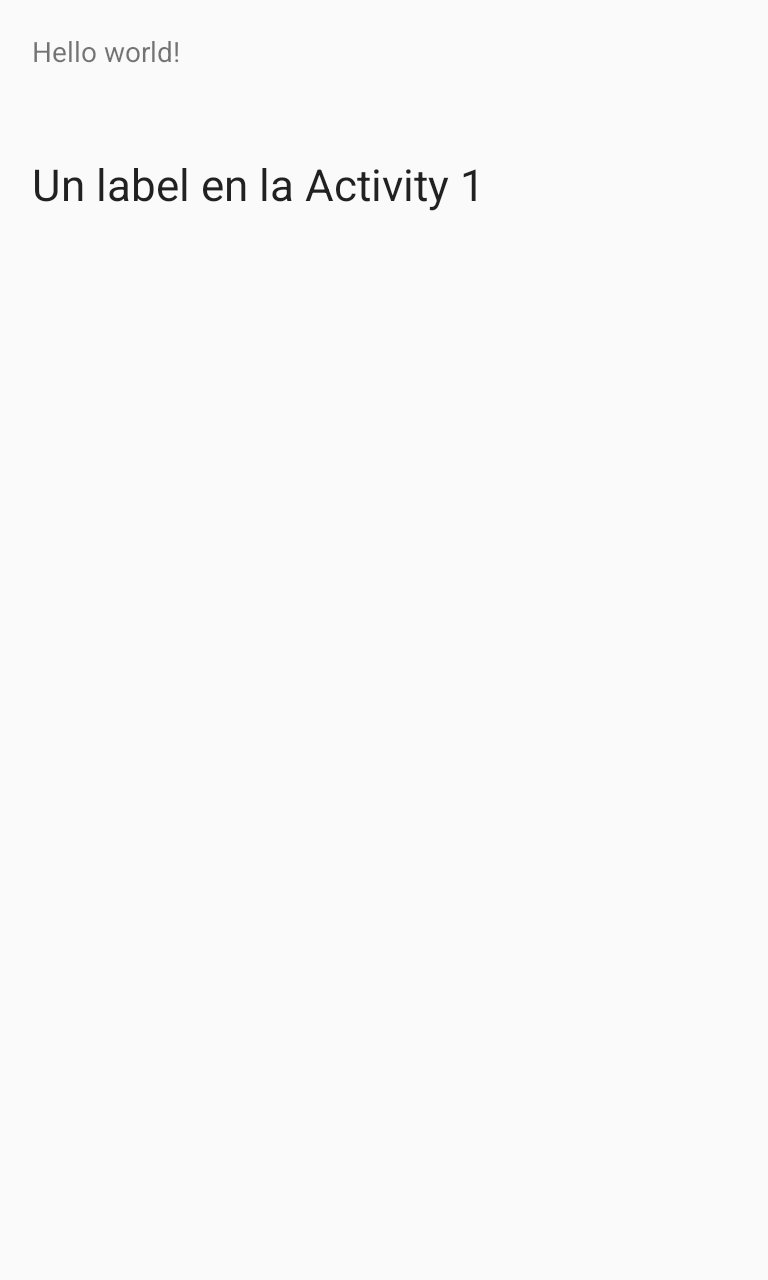
Repository: softwhisper/CiticAndroid-Migrated
Layout: And01.HelloWorld/res/layout/activity_main.xml
The author's editor kept a copy of each file at every save. The layout is drawn from the files as they stood at one save, then again after the next save.
It is drawn on a 768 x 1280 px phone screen (xhdpi) without system bars, with theme AppTheme; the app's code is not run.

Above is the layout before, as saved 2014-10-17 08:12:41.

After the next save:
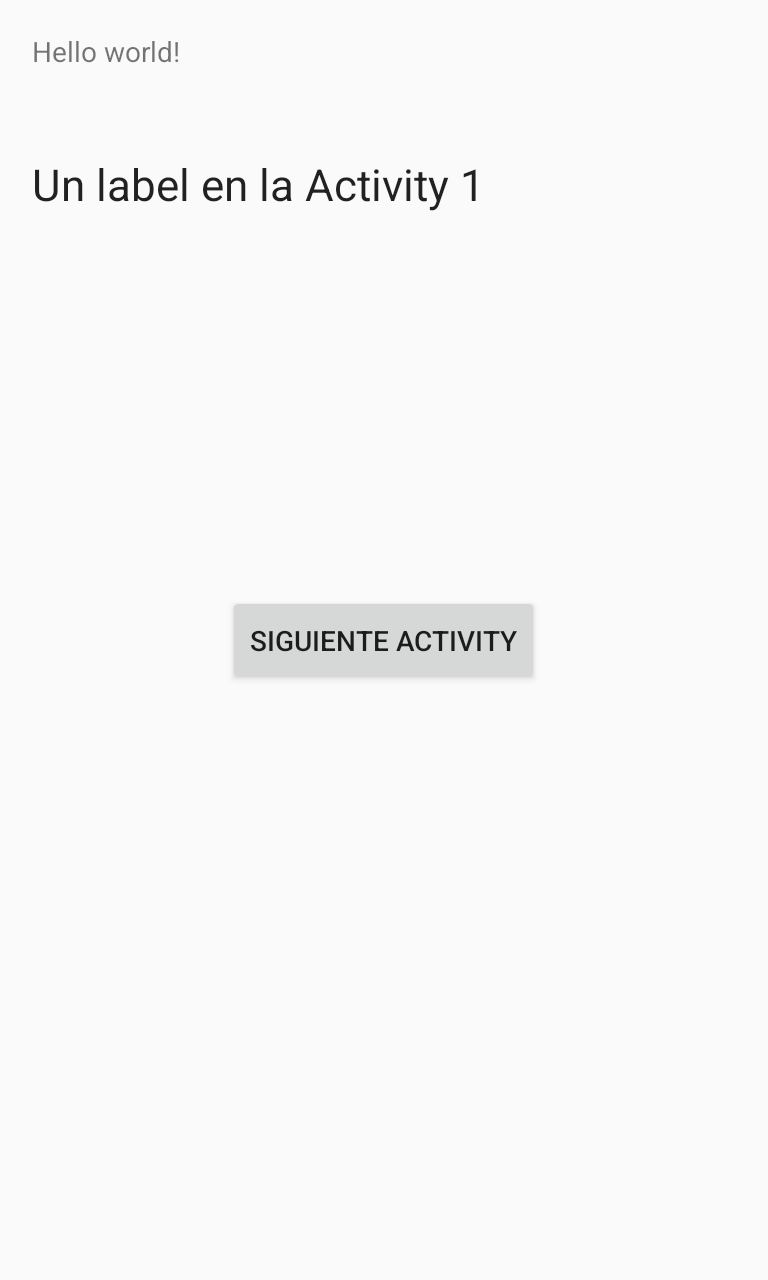
Saved 103 s later.
--- a/And01.HelloWorld/res/layout/activity_main.xml
+++ b/And01.HelloWorld/res/layout/activity_main.xml
@@ -24,4 +24,12 @@
         android:text="@string/mi_texto"
         android:textAppearance="?android:attr/textAppearanceLarge" />
 
+    <Button
+        android:id="@+id/button1"
+        android:layout_width="wrap_content"
+        android:layout_height="wrap_content"
+        android:layout_centerHorizontal="true"
+        android:layout_centerVertical="true"
+        android:text="@string/navigate" />
+
 </RelativeLayout>
